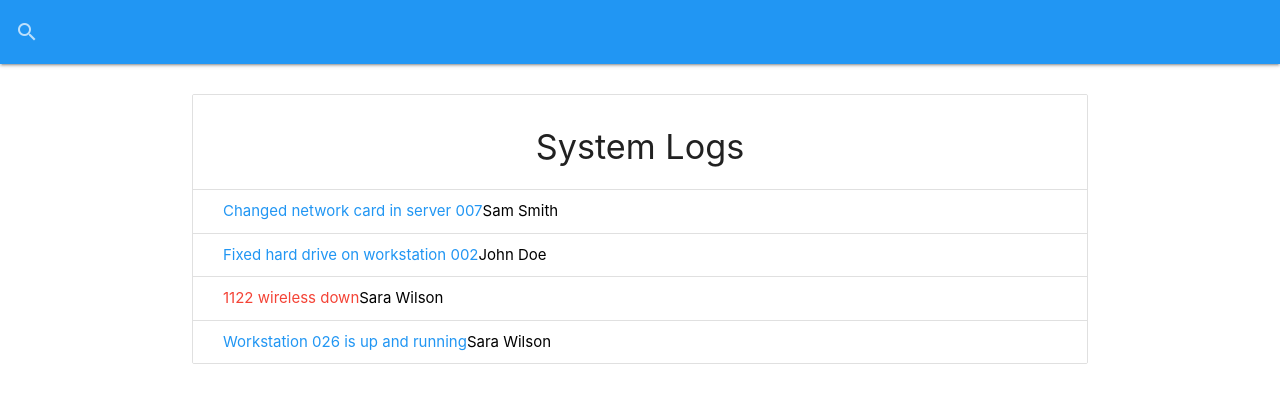
Repository: faraznisar/It-Logger
Page: /
These files come from the project's save history. The page is drawn as it stood at one moment and after the next save; the edit follows.
The browser window is 1280 px wide. The pictures show the whole page.
The project was rebuilt for these pictures with package versions that can differ from the ones it lists, and the page was loaded fresh each time. Requests to the local data server were answered from the project's data file. Also part of the build but not shown: src/App.css.

Above is the page before, as saved 2020-08-15 15:49:16.

After the next save:
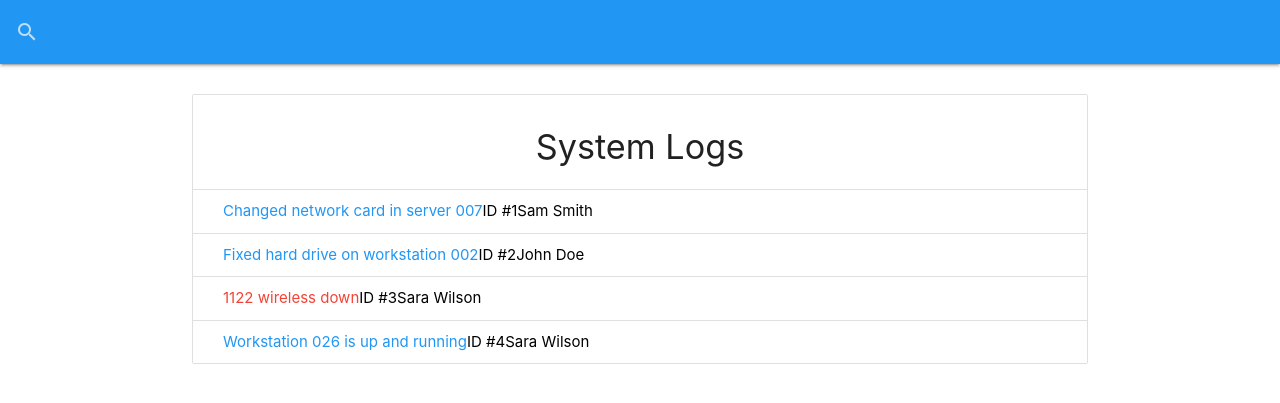
Saved 40 s later.
--- a/src/components/logs/LogItem.js
+++ b/src/components/logs/LogItem.js
@@ -15,6 +15,7 @@ const LogItem = ({ log }) => {
           {log.message}
         </a>
         <span className="grey-text">
+          <span className="black-text">ID #{log.id}</span>
           <span className="black-text">{log.tech}</span>
         </span>
       </div>
